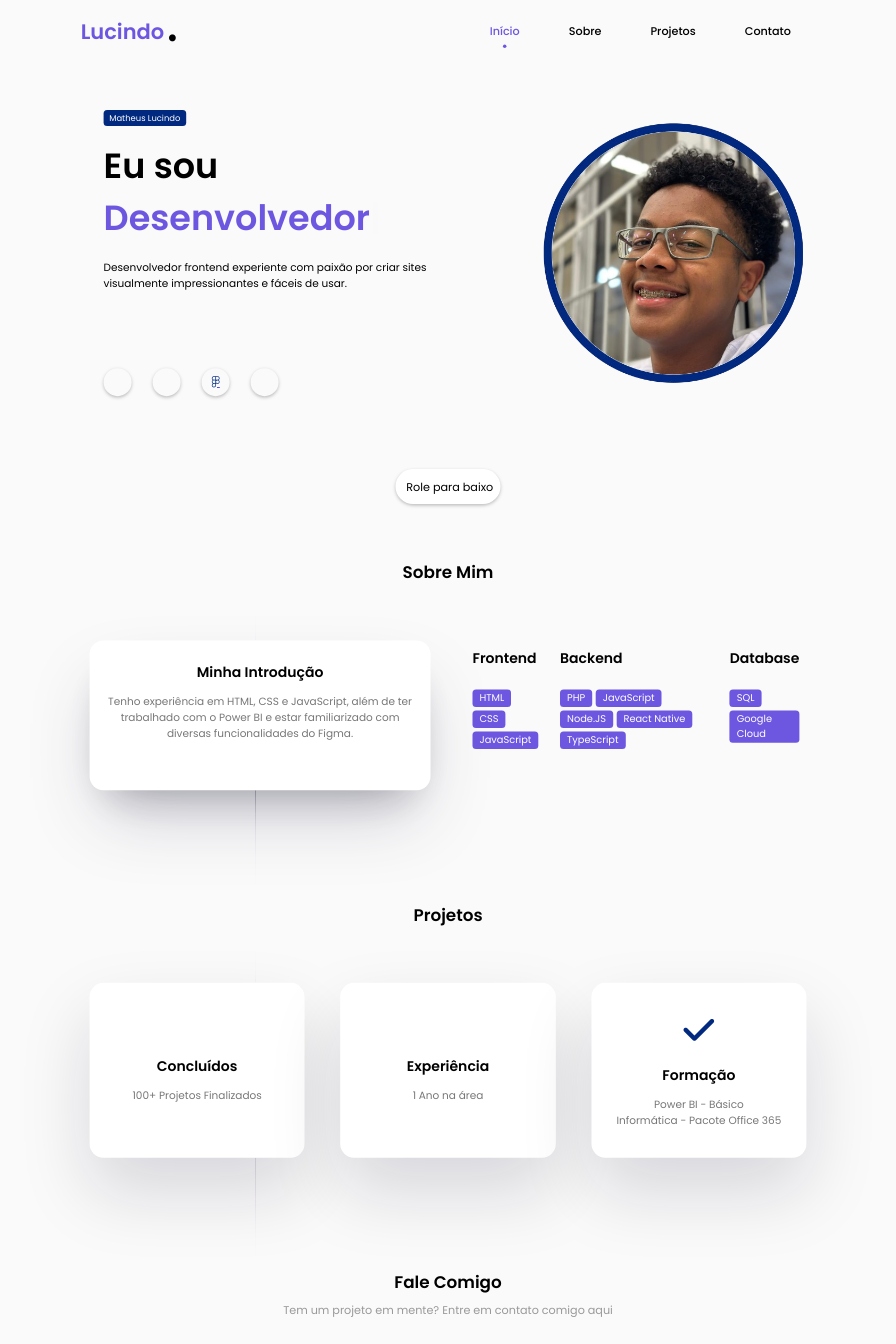
Repository: Matheus904-12/Potif-lioPremium
Page: index.html
The author's editor kept a copy of each file at every save. The page is drawn from the files as they stood at one save, then again after the next save.
The browser window is 1280 px wide. The pictures show the part of the page from y = 0 to 1920 px (the page is 2744 px tall), at 70% of full size.
Some icons come from a web library that is not loaded, so they are not drawn. Some web libraries are served in a nearby version.

Above is the page before, as saved 2024-05-01 19:32:19.

After the next save:
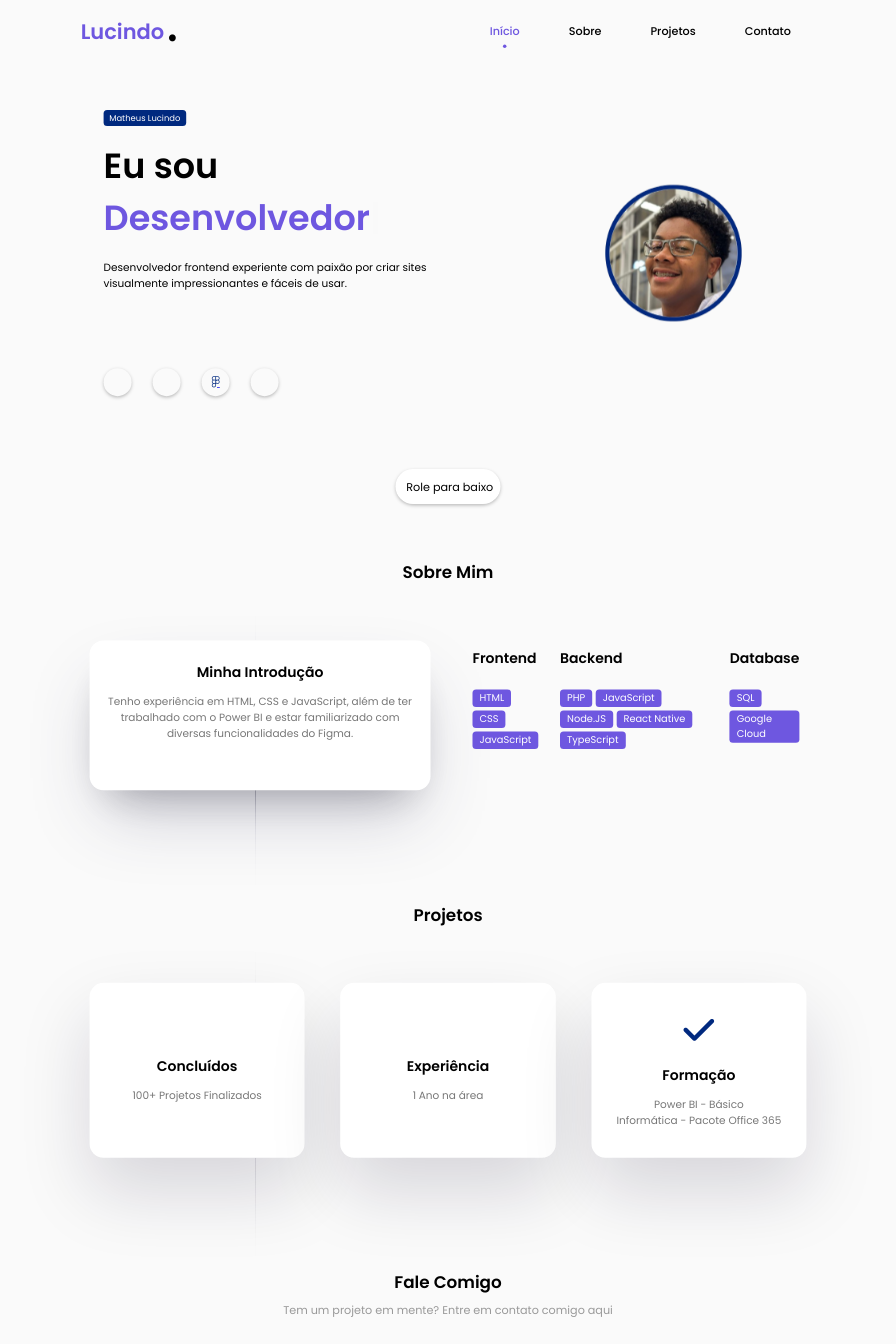
Saved 46 s later.
--- a/index.html
+++ b/index.html
@@ -76,7 +76,7 @@
                 </div>
                 <div class="featured-image">
                     <div class="image">
-                        <img src="eu.png" alt="avatar">
+                        <img src="eu3.png" alt="avatar">
                     </div>
                 </div>
                 <div class="scroll-icon-box">

After the save that followed:
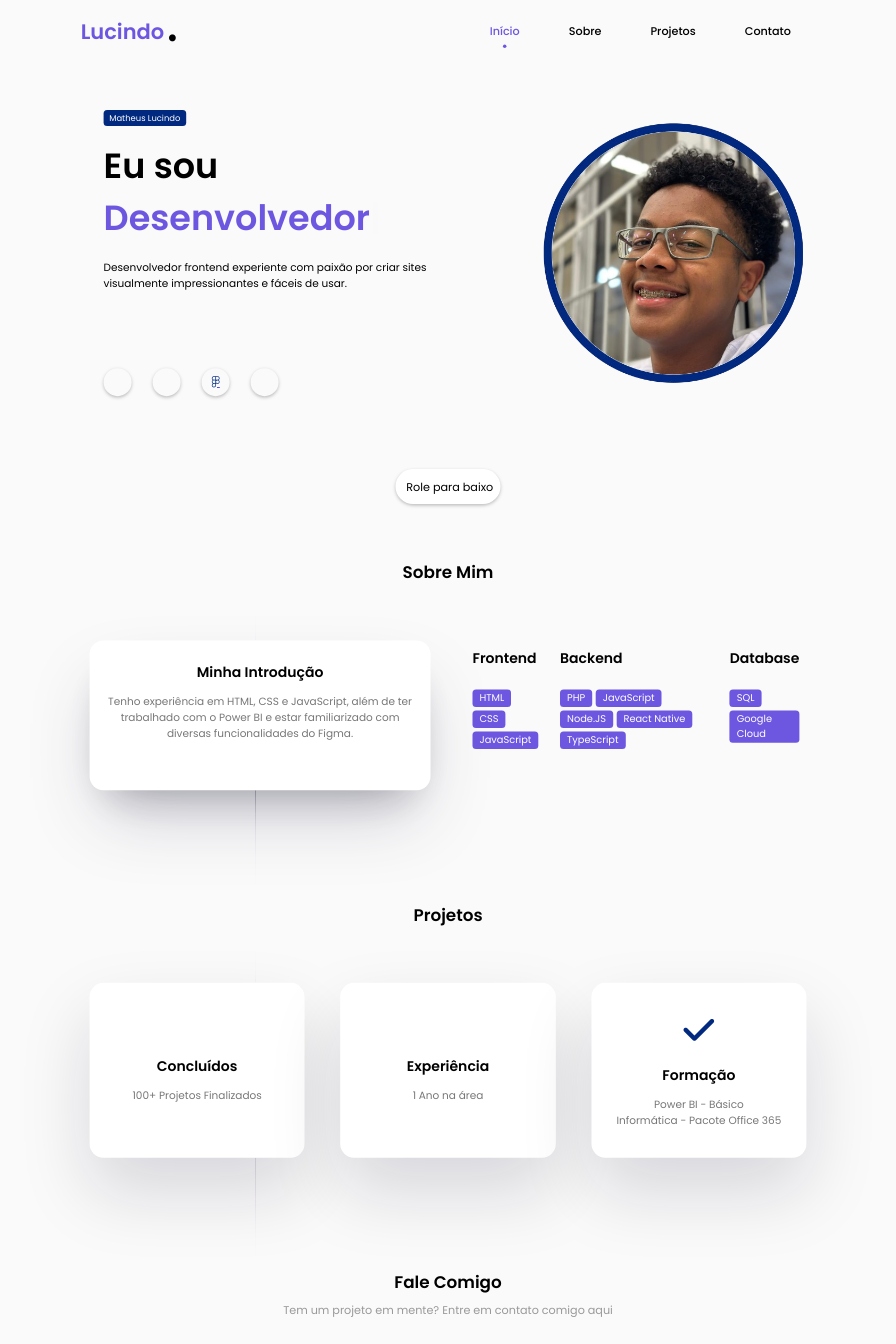
Saved 7 s later.
--- a/index.html
+++ b/index.html
@@ -76,7 +76,7 @@
                 </div>
                 <div class="featured-image">
                     <div class="image">
-                        <img src="eu3.png" alt="avatar">
+                        <img src="eu.png" alt="avatar">
                     </div>
                 </div>
                 <div class="scroll-icon-box">
